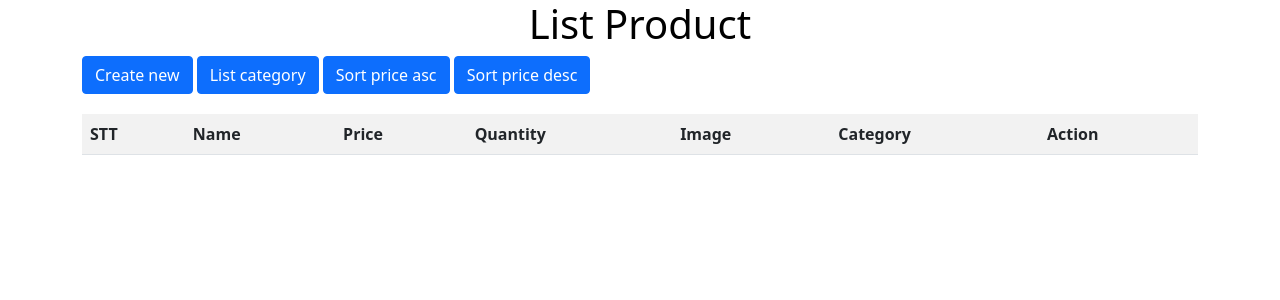
Repository: hongquan16101995/servlet-jw0124
Page: http://localhost/demo/products
These files come from the project's save history. The page is drawn as it stood at one moment and after the next save; the edit follows.
The browser window is 1280 px wide. The pictures show the whole page.
The page is served by Tomcat 9. Other server files are loaded and not shown. Queries for data that is not in the repository find no rows.

Above is the page before, as saved 2024-05-21 14:05:35.

### demo/src/main/webapp/product/list.jsp
<%@ page language="java" contentType="text/html; charset=ISO-8859-1"
    pageEncoding="ISO-8859-1"%>
<%@ taglib prefix = "c" uri = "http://java.sun.com/jsp/jstl/core" %>
<!DOCTYPE html>
<html>
<head>
<meta charset="ISO-8859-1">
<title>Insert title here</title>
<link href="https://cdn.jsdelivr.net/npm/bootstrap@5.0.2/dist/css/bootstrap.min.css" rel="stylesheet" integrity="sha384-EVSTQN3/azprG1Anm3QDgpJLIm9Nao0Yz1ztcQTwFspd3yD65VohhpuuCOmLASjC" crossorigin="anonymous">
<script src="https://cdn.jsdelivr.net/npm/bootstrap@5.0.2/dist/js/bootstrap.bundle.min.js" integrity="sha384-MrcW6ZMFYlzcLA8Nl+NtUVF0sA7MsXsP1UyJoMp4YLEuNSfAP+JcXn/tWtIaxVXM" crossorigin="anonymous"></script>
<style type="text/css">
	img {
		width: 150px;
		height: 150px;
	}

	h1 {
		text-align: center;
	}

	.btn-primary {
		margin-bottom: 20px;
	}

	a {
		text-decoration: none;
		color: black;
	}
</style>
</head>
<body>
<div class="container">
<h1><a href="/demo/products">List Product</a></h1>
<div class="row">
<div class="col-md-8">
<a class="btn btn-primary" href="/demo/products?action=createGet">Create new</a>
<a class="btn btn-primary" href="/demo/categories">List category</a>
<a class="btn btn-primary" href="/demo/products?action=sortPrice&status=ASC">Sort price asc</a>
<a class="btn btn-primary" href="/demo/products?action=sortPrice&status=DESC">Sort price desc</a>
</div>
<div class="col-md-4"></div>
</div>


<table class="table table-striped">
	<tr>
		<th>STT</th>
		<th>Name</th>
		<th>Price</th>
		<th>Quantity</th>
		<th>Image</th>
		<th>Category</th>
		<th colspan="2">Action</th>
	</tr>
	<c:forEach items="${products}" var="p" varStatus="ps">
	<tr>
		<td>${ps.count }</td>
		<td>${p.name }</td>
		<td>${p.price }</td>
		<td>${p.quantity }</td>
		<td><img src="${p.image }"/></td>
		<td><a href="/demo/products?action=findByCategory&cId=${p.category.id }">${p.category.name }</a></td>
		<td><a class="btn btn-warning" href="/demo/products?action=updateGet&id=${p.id }">Edit</a></td>
		<td><button class="btn btn-danger" onclick="deleteProduct(${p.id })">Delete</button></td>
	</tr>
	</c:forEach>
</table>
</div>
</body>
<script>
	function deleteProduct(id) {
		if (confirm("Are you sure?")) {
			window.location.href = "http://localhost:8080/demo/products?action=deleteProduct&id=" + id
		}
	}
</script>
</html>

### demo/src/main/java/controller/ProductServlet.java
package controller;

import java.io.IOException;
import java.util.List;

import javax.servlet.ServletException;
import javax.servlet.annotation.WebServlet;
import javax.servlet.http.HttpServlet;
import javax.servlet.http.HttpServletRequest;
import javax.servlet.http.HttpServletResponse;

import model.Category;
import model.Product;
import service.CategoryService;
import service.ProductService;

/**
 * Servlet implementation class ProductServlet
 */
@WebServlet("/products")
public class ProductServlet extends HttpServlet {
	private static final long serialVersionUID = 1L;
	private ProductService productService = new ProductService();
	private CategoryService categoryService = new CategoryService();

	/**
	 * @see HttpServlet#doGet(HttpServletRequest request, HttpServletResponse response)
	 */
	protected void doGet(HttpServletRequest request, HttpServletResponse response) throws ServletException, IOException {
		// TODO Auto-generated method stub
		String action = request.getParameter("action");
		if (action == null) {
			action = "";
		}
		switch(action) {
			case "createGet":
				createGet(request, response);
				break;
			case "updateGet":
				updateGet(request, response);
				break;
			case "deleteProduct":
				deleteProduct(request, response);
				break;
			case "findByCategory":
				findByCategory(request, response);
				break;
			case "sortPrice":
				sortPrice(request, response);
				break;
			default:
				displayAllProduct(request, response);
				break;
		}
	}

	/**
	 * @see HttpServlet#doPost(HttpServletRequest request, HttpServletResponse response)
	 */
	protected void doPost(HttpServletRequest request, HttpServletResponse response) throws ServletException, IOException {
		// TODO Auto-generated method stub
		String action = request.getParameter("action");
		if (action == null) {
			action = "";
		}
		switch(action) {
			case "createPost":
				createPost(request, response);
				break;
			case "updatePost":
				updatePost(request, response);
				break;
		}
	}

	private void displayAllProduct(HttpServletRequest request, HttpServletResponse response) throws ServletException, IOException {
		List<Product> products = productService.getProducts();
		request.setAttribute("products", products);
		request.getRequestDispatcher("product/list.jsp").forward(request, response);
	}

	private void findByCategory(HttpServletRequest request, HttpServletResponse response) throws ServletException, IOException {
//		int categoryId = Integer.parseInt(request.getParameter("cId"));
//		List<Product> products = productService.findByCateogory(categoryId);
//		request.setAttribute("products", products);
//		request.getRequestDispatcher("product/list.jsp").forward(request, response);
	}

	private void createGet(HttpServletRequest request, HttpServletResponse response) throws ServletException, IOException {
		Product product = new Product();
		List<Category> categories = categoryService.getCategories();
		request.setAttribute("product", product);
		request.setAttribute("categories", categories);
		request.getRequestDispatcher("product/create.jsp").forward(request, response);
	}

	private void createPost(HttpServletRequest request, HttpServletResponse response) throws ServletException, IOException {
		String name = request.getParameter("name");
		double price = Double.parseDouble(request.getParameter("price"));
		int quantity = Integer.parseInt(request.getParameter("quantity"));
		String image = request.getParameter("image");
		int categoryId = Integer.parseInt(request.getParameter("cId"));
		Category category = categoryService.getById(categoryId);
		productService.createProduct(new Product(name, price, quantity, image, category, 0));
		response.sendRedirect("/demo/products");
	}

	private void updateGet(HttpServletRequest request, HttpServletResponse response) throws ServletException, IOException {
		int id = Integer.parseInt(request.getParameter("id"));
		Product product = productService.getById(id);
		List<Category> categories = categoryService.getCategories();
		request.setAttribute("product", product);
		request.setAttribute("categories", categories);
		request.getRequestDispatcher("product/update.jsp").forward(request, response);
	}

	private void updatePost(HttpServletRequest request, HttpServletResponse response) throws ServletException, IOException {
		int id = Integer.parseInt(request.getParameter("id"));
		String name = request.getParameter("name");
		double price = Double.parseDouble(request.getParameter("price"));
		int quantity = Integer.parseInt(request.getParameter("quantity"));
		String image = request.getParameter("image");
		int categoryId = Integer.parseInt(request.getParameter("cId"));
		Category category = categoryService.getById(categoryId);
		productService.updateProduct(id, new Product(id, name, price, quantity, image, category, 0));
		response.sendRedirect("/demo/products");
	}

	private void deleteProduct(HttpServletRequest request, HttpServletResponse response) throws ServletException, IOException {
		int id = Integer.parseInt(request.getParameter("id"));
		productService.deleteProduct(id);
		response.sendRedirect("/demo/products");
	}

	private void sortPrice(HttpServletRequest request, HttpServletResponse response) throws ServletException, IOException {
		String status = request.getParameter("status");
		List<Product> products = productService.sortByPrice(status);
		request.setAttribute("products", products);
		request.getRequestDispatcher("product/list.jsp").forward(request, response);
	}


}

### demo/src/main/java/DAO/ProductDAO.java
package DAO;

import java.sql.Connection;
import java.sql.PreparedStatement;
import java.sql.ResultSet;
import java.sql.SQLException;
import java.util.ArrayList;
import java.util.List;

import connection.MyConnection;
import model.Product;
import model.Category;

public class ProductDAO {
	private Connection connection;
	private CategoryDAO categoryDAO;
	private static final String SELECT_ALL_PRODUCT = "select * from product;";
	private static final String SELECT_BY_ID = "select * from product where id = ?;";
	private static final String INSERT_INTO = "insert into product(name,price,quantity,image,c_id,status) value (?,?,?,?,?,?);";
	private static final String UPDATE_BY_ID = "update product set name = ?, price = ?, quantity = ?, image = ?, c_id = ? where id = ?;";
	private static final String DELETE_BY_ID = "delete from product where id = ?;";
	private static String SORT_BY_PRICE_ASC = "select * from product order by price asc";
	private static String SORT_BY_PRICE_DESC = "select * from product order by price desc";
	private static String SORT_BY_QUANTITY = "select * from product order by quantity";
	private static final String SEARCH_BY_NAME = "select * from product where name like ?";

	public ProductDAO() {
		connection = MyConnection.getConnection();
		categoryDAO = new CategoryDAO();
	}

	public List<Product> findAll() {
		List<Product> products = new ArrayList<>();
		try (PreparedStatement preparedStatement = connection.prepareStatement(SELECT_ALL_PRODUCT);) {
			ResultSet rs = preparedStatement.executeQuery();
			while (rs.next()) {
				int id = rs.getInt("id");
				String name = rs.getString("name");
				double price = rs.getDouble("price");
				int quantity = rs.getInt("quantity");
				String image = rs.getString("image");
				int status = rs.getInt("status");
				int cId = rs.getInt("c_id");
				Category category = categoryDAO.findById(cId);
				products.add(new Product(id, name, price, quantity, image, category, status));
			}
		}catch (SQLException e) {
			e.printStackTrace();
		}
		return products;
	}

	public void create(Product product) {
		try (PreparedStatement preparedStatement = connection.prepareStatement(INSERT_INTO);) {
			preparedStatement.setString(1, product.getName());
			preparedStatement.setDouble(2, product.getPrice());
			preparedStatement.setInt(3, product.getQuantity());
			preparedStatement.setString(4, product.getImage());
			preparedStatement.setInt(5, product.getCategory().getId());
			preparedStatement.setInt(6, 0);
			preparedStatement.executeUpdate();
		}catch (SQLException e) {
			e.printStackTrace();
		}
	}

	public Product findById(int id) {
		try (PreparedStatement preparedStatement = connection.prepareStatement(SELECT_BY_ID);) {
			preparedStatement.setInt(1, id);
			ResultSet rs = preparedStatement.executeQuery();
			while (rs.next()) {
				int idDb = rs.getInt("id");
				String name = rs.getString("name");
				double price = rs.getDouble("price");
				int quantity = rs.getInt("quantity");
				String image = rs.getString("image");
				int status = rs.getInt("status");
				int cId = rs.getInt("c_id");
				Category category = categoryDAO.findById(cId);
				return new Product(idDb, name, price, quantity, image, category, status);
			}
		}catch (SQLException e) {
			e.printStackTrace();
		}
		return null;
	}

	public void update(int id, Product product) {
		try (PreparedStatement preparedStatement = connection.prepareStatement(UPDATE_BY_ID);) {
			preparedStatement.setString(1, product.getName());
			preparedStatement.setDouble(2, product.getPrice());
			preparedStatement.setInt(3, product.getQuantity());
			preparedStatement.setString(4, product.getImage());
			preparedStatement.setInt(5, product.getCategory().getId());
			preparedStatement.setInt(6, id);
			preparedStatement.executeUpdate();
		}catch (SQLException e) {
			e.printStackTrace();
		}
	}

	public void deleteById(int id) {
		try (PreparedStatement preparedStatement = connection.prepareStatement(DELETE_BY_ID);) {
			preparedStatement.setInt(1, id);
			preparedStatement.executeUpdate();
		}catch (SQLException e) {
			e.printStackTrace();
		}
	}

	public List<Product> sortByPrice(String statusSort) {
		List<Product> products = new ArrayList<>();
		try {
			PreparedStatement preparedStatement;
			if (statusSort.equals("DESC")) {
				preparedStatement = connection.prepareStatement(SORT_BY_PRICE_DESC);
			} else {
				preparedStatement = connection.prepareStatement(SORT_BY_PRICE_ASC);
			}
			ResultSet rs = preparedStatement.executeQuery();
			while (rs.next()) {
				int id = rs.getInt("id");
				String name = rs.getString("name");
				double price = rs.getDouble("price");
				int quantity = rs.getInt("quantity");
				String image = rs.getString("image");
				int status = rs.getInt("status");
				int cId = rs.getInt("c_id");
				Category category = categoryDAO.findById(cId);
				products.add(new Product(id, name, price, quantity, image, category, status));
			}
			preparedStatement.close();
		}catch (SQLException e) {
			e.printStackTrace();
		}
		return products;
	}

	public List<Product> sortByQuantity(String statusSort){
		List<Product> products = new ArrayList<>();
		if (statusSort.equals("DESC")) {
			SORT_BY_QUANTITY += " DESC;";
		} else if (statusSort.equals("ASC")){
			SORT_BY_QUANTITY += " ASC;";
		}
		try (PreparedStatement preparedStatement = connection.prepareStatement(SORT_BY_QUANTITY);) {
			ResultSet rs = preparedStatement.executeQuery();
			while (rs.next()) {
				int id = rs.getInt("id");
				String name = rs.getString("name");
				double price = rs.getDouble("price");
				int quantity = rs.getInt("quantity");
				String image = rs.getString("image");
				int status = rs.getInt("status");
				int cId = rs.getInt("c_id");
				Category category = categoryDAO.findById(cId);
				products.add(new Product(id, name, price, quantity, image, category, status));
			}
		}catch (SQLException e) {
			e.printStackTrace();
		}
		return products;
	}

	public List<Product> searchByName(String search) {
		List<Product> categories = new ArrayList<>();
		try (PreparedStatement preparedStatement = connection.prepareStatement(SEARCH_BY_NAME);) {
			preparedStatement.setString(1, "%" + search + "%");
			ResultSet rs = preparedStatement.executeQuery();
			while (rs.next()) {
				int id = rs.getInt("id");
				String name = rs.getString("name");
				double price = rs.getDouble("price");
				int quantity = rs.getInt("quantity");
				String image = rs.getString("image");
				int status = rs.getInt("status");
				int cId = rs.getInt("c_id");
				Category category = categoryDAO.findById(cId);
				categories.add(new Product(id, name, price, quantity, image, category, status));
			}
		}catch (SQLException e) {
			e.printStackTrace();
		}
		return categories;
	}

}

### demo/src/main/java/connection/MyConnection.java
package connection;

import java.sql.Connection;
import java.sql.DriverManager;
import java.sql.SQLException;

public class MyConnection {
	private static String jdbcURL ="jdbc:mysql://localhost:3306/demo?useSSL=false";
	private static String jdbcUsername = "root";
	private static String jdbcPassword = "123456";

	public static Connection getConnection() {
		Connection connection = null;

		try {
			Class.forName("com.mysql.cj.jdbc.Driver");
			connection = DriverManager.getConnection(jdbcURL, jdbcUsername, jdbcPassword);
		} catch (SQLException | ClassNotFoundException e) {
			e.printStackTrace();
		}

		return connection;
	}

}

### demo/src/main/java/DAO/CategoryDAO.java
package DAO;

import java.sql.Connection;
import java.sql.PreparedStatement;
import java.sql.ResultSet;
import java.sql.SQLException;
import java.util.ArrayList;
import java.util.List;

import connection.MyConnection;
import model.Category;

public class CategoryDAO {
	private Connection connection;
	private static final String SELECT_ALL_CATEGORY = "select * from category;";
	private static final String SELECT_BY_ID = "select * from category where id = ?;";
	private static final String INSERT_INTO = "insert into category(name, status) value (?,?);";
	private static final String UPDATE_BY_ID = "update category set name = ? where id = ?;";

	public CategoryDAO() {
		connection = MyConnection.getConnection();
	}

	public List<Category> findAll() {
		List<Category> categories = new ArrayList<>();
		try (PreparedStatement preparedStatement = connection.prepareStatement(SELECT_ALL_CATEGORY);) {
			ResultSet rs = preparedStatement.executeQuery();
			while (rs.next()) {
				int id = rs.getInt("id");
				String name = rs.getString("name");
				int status = rs.getInt("status");
				categories.add(new Category(id, name, status));
			}
		}catch (SQLException e) {
			e.printStackTrace();
		}
		return categories;
	}

	public void create(Category category) {
		try (PreparedStatement preparedStatement = connection.prepareStatement(INSERT_INTO);) {
			preparedStatement.setString(1, category.getName());
			preparedStatement.setInt(2, 0);
			preparedStatement.executeUpdate();
		}catch (SQLException e) {
			e.printStackTrace();
		}
	}

	public Category findById(int id) {
		try (PreparedStatement preparedStatement = connection.prepareStatement(SELECT_BY_ID);) {
			preparedStatement.setInt(1, id);
			ResultSet rs = preparedStatement.executeQuery();
			while (rs.next()) {
				int idDb = rs.getInt("id");
				String name = rs.getString("name");
				int status = rs.getInt("status");
				return new Category(idDb, name, status);
			}
		}catch (SQLException e) {
			e.printStackTrace();
		}
		return null;
	}

	public void update(int id, Category category) {
		try (PreparedStatement preparedStatement = connection.prepareStatement(UPDATE_BY_ID);) {
			preparedStatement.setString(1, category.getName());
			preparedStatement.setInt(2, id);
			preparedStatement.executeUpdate();
		}catch (SQLException e) {
			e.printStackTrace();
		}
	}
}

After the next save:
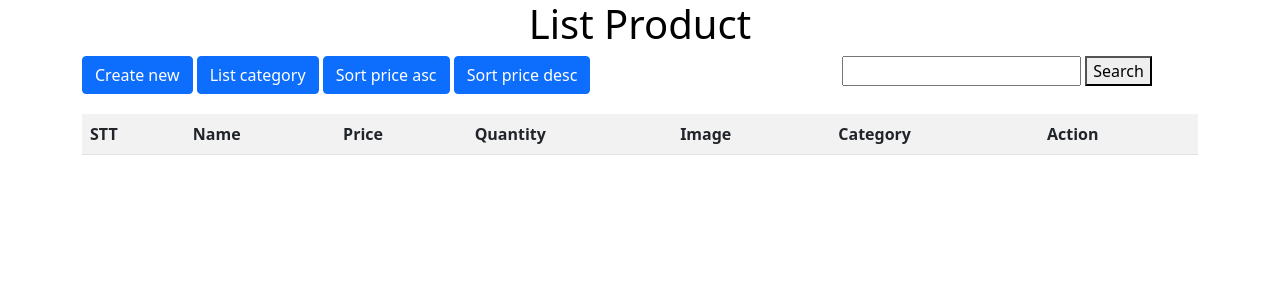
Saved 2 min 48 s later.
--- a/demo/src/main/webapp/product/list.jsp
+++ b/demo/src/main/webapp/product/list.jsp
@@ -38,7 +38,12 @@
 <a class="btn btn-primary" href="/demo/products?action=sortPrice&status=ASC">Sort price asc</a>
 <a class="btn btn-primary" href="/demo/products?action=sortPrice&status=DESC">Sort price desc</a>
 </div>
-<div class="col-md-4"></div>
+<div class="col-md-4">
+<form action="/demo/products?action=search">
+<input name="search">
+<button>Search</button>
+</form>
+</div>
 </div>
 
 
